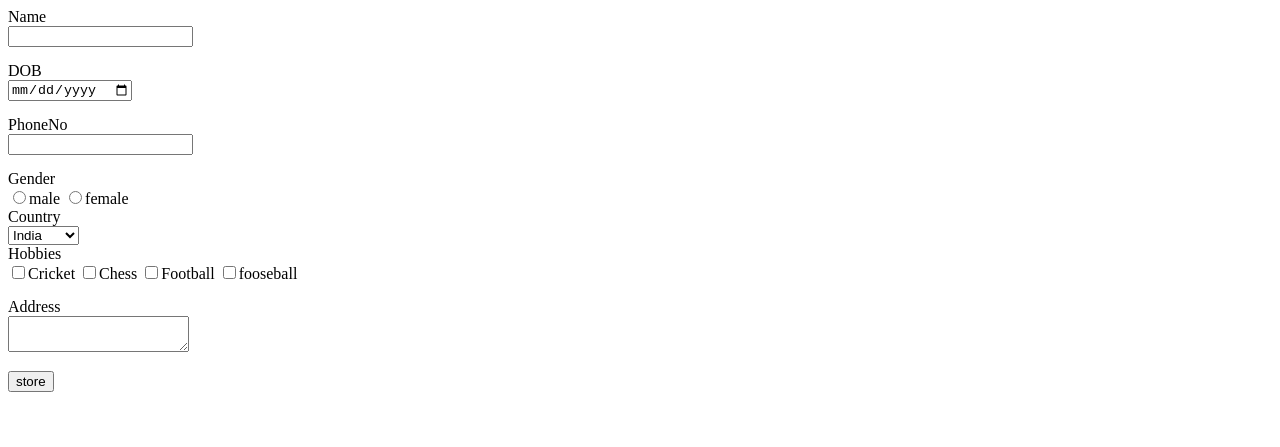
Repository: mnarendra333/batch21_WE
Page: RegApp/WebContent/index.html
An editor plug-in stored every save of this project. The page is shown before and after the next save, followed by the edit.
The browser window is 1280 px wide. The pictures show the whole page.

Above is the page before, as saved 2019-02-10 07:16:20.

After the next save:
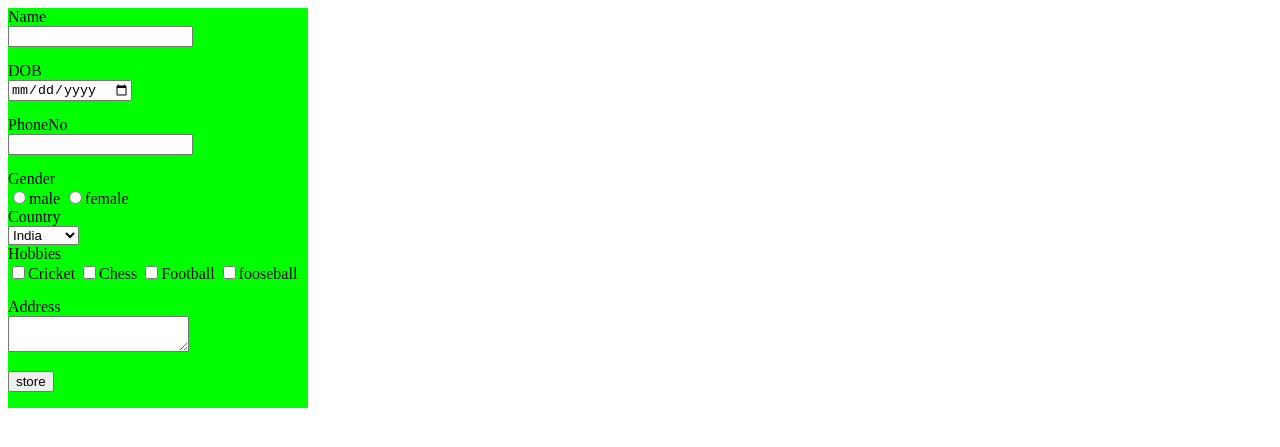
Saved 16 s later.
--- a/RegApp/WebContent/index.html
+++ b/RegApp/WebContent/index.html
@@ -27,7 +27,7 @@
 	<form action="regsrv" method="post">
 
 
-		<div>
+		<div class="mainDiv">
 
 			<div class="rowDiv">
 				<div>Name</div>
